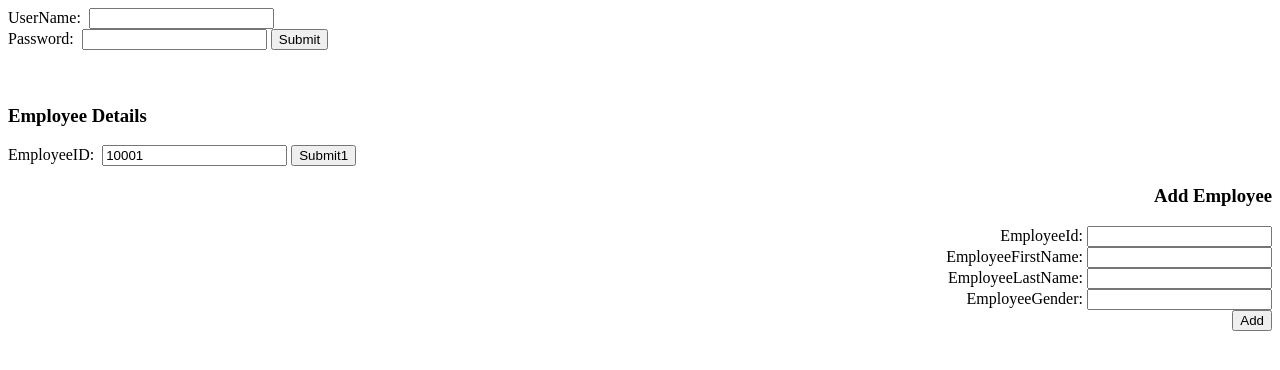
Repository: sandeep27y/MavenWebAppMultiModule-Servlets
Page: http://localhost/EmployeeApplication/LogIn.jsp
These files come from the project's save history. The page is drawn as it stood at one moment and after the next save; the edit follows.
The browser window is 1280 px wide. The pictures show the whole page.
The page is served by Tomcat 9.

Above is the page before, as saved 2017-06-10 19:53:23.

After the next save:
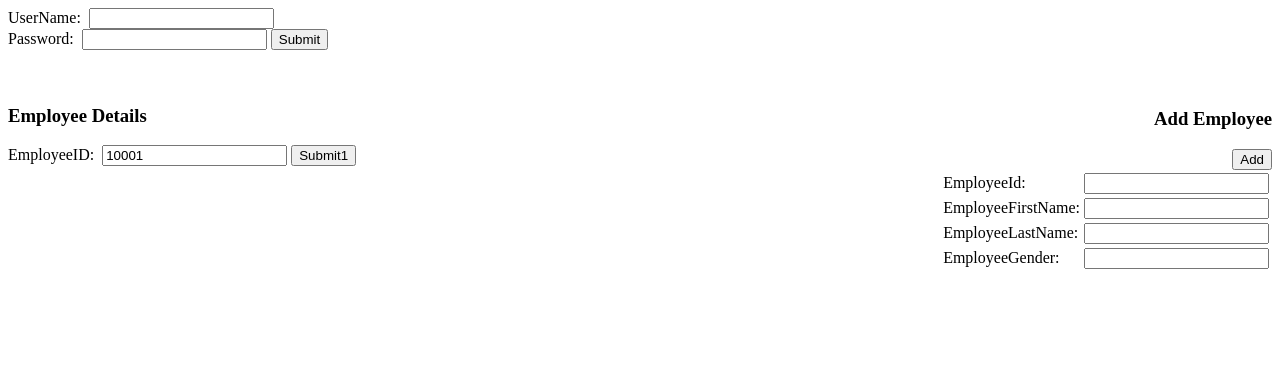
Saved 8 min 59 s later.
--- a/MavenWebAppMultiModule-Servlets/EmployeeMultiModule/EmployeeApplication/src/main/webapp/LogIn.jsp
+++ b/MavenWebAppMultiModule-Servlets/EmployeeMultiModule/EmployeeApplication/src/main/webapp/LogIn.jsp
@@ -20,14 +20,28 @@ EmployeeID: &nbsp;<input type="text" name="employeeId" value="10001">
 <input type="Submit" value="Submit1"><br>
 </form>
 </div>
-<div align="right" style="margin-top: 0px">
+<div align="right" style="margin-top: -77px">
 <form action="/EmployeeApplication/add" method="post">
 <h3>Add Employee</h3>
-EmployeeId: <input type="text" name="employeeId"><br>
-EmployeeFirstName: <input type="text" name="firstName"><br>
-EmployeeLastName: <input type="text" name="lastName"><br>
-EmployeeGender: <input type="text" name="gender"><br>
+<table>
+	<tr>
+		<td>EmployeeId: </td>
+		<td><input type="text" name="employeeId"></td>
+	</tr>
+		<tr>
+		<td>EmployeeFirstName: </td>
+		<td><input type="text" name="firstName"></td>
+	</tr>
+		<tr>
+		<td>EmployeeLastName: </td>
+		<td><input type="text" name="lastName"></td>
+	</tr>
+		<tr>
+		<td>EmployeeGender: </td>
+		<td><input type="text" name="gender"></td>
+	</tr>
 <input type="submit" value="Add">
+</table>
 </div>
 </form>
 </body>
